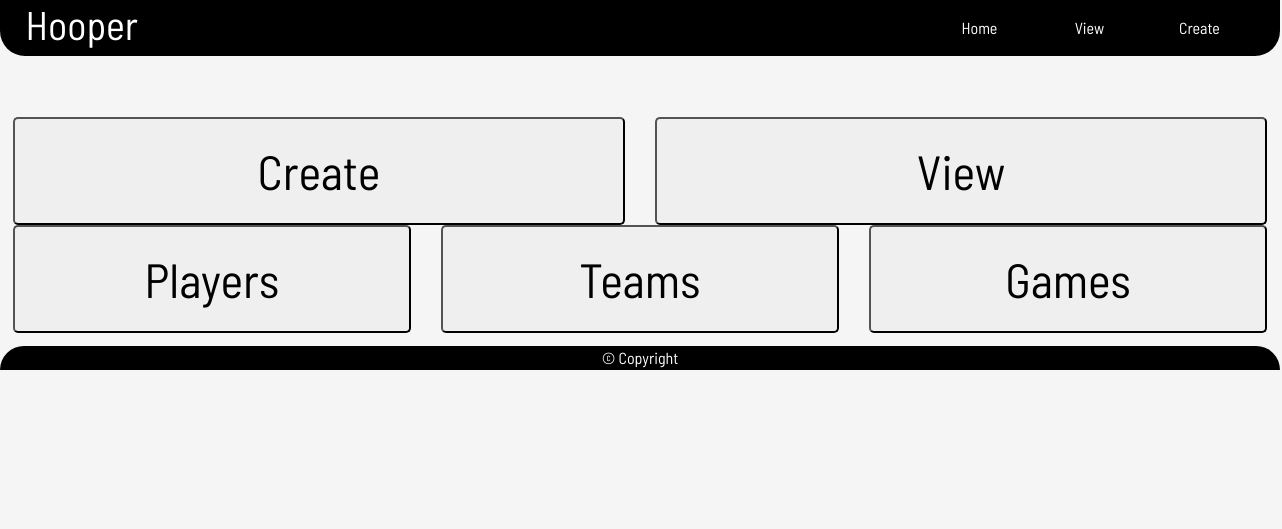
Repository: vlasarte/Hooper
Page: index.html
An editor plug-in stored every save of this project. The page is shown before and after the next save, followed by the edit.
The browser window is 1280 px wide. The page is 1282 px wide, so the pictures cover 1282 px, including what lies to the right of the window. The pictures show the whole page.

Above is the page before, as saved 2020-02-24 17:34:26.

After the next save:
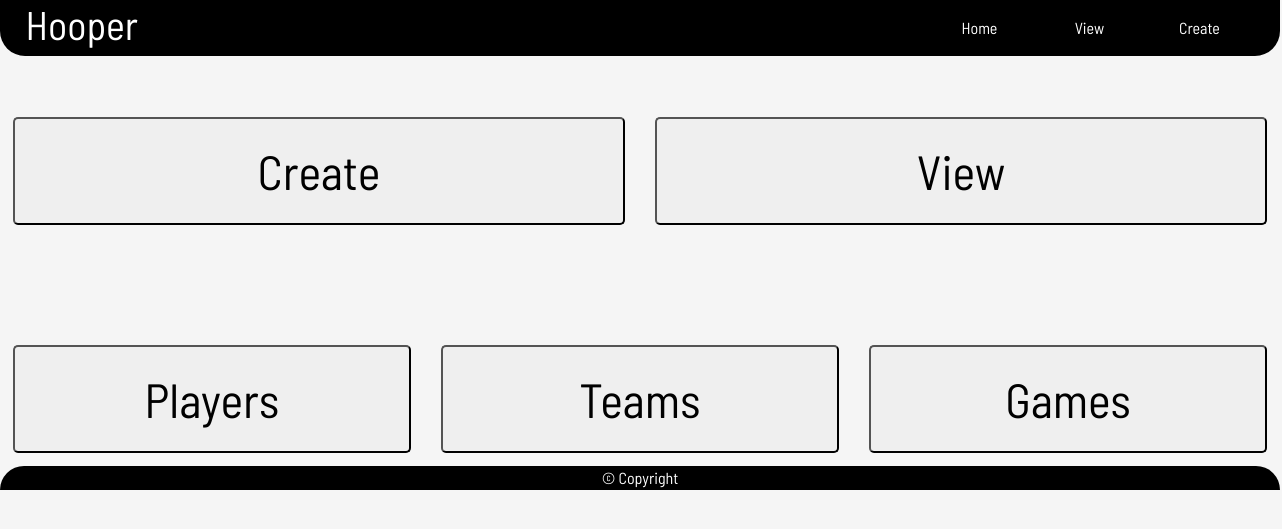
Saved 8 s later.
--- a/index.html
+++ b/index.html
@@ -50,6 +50,7 @@
                     <button>View</button>
                 </div>
             </div>
+            <br><br><br><br><br>
 
             <div class="row">
                 <div class="col-4">
